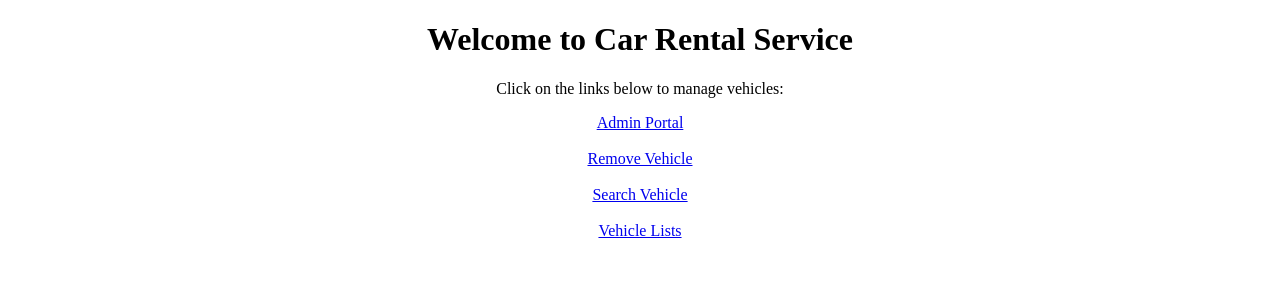
Repository: harsh23012/InfiniteProjects
Page: CarRent/carrent/src/main/webapp/Main.html
These files come from the project's save history. The page is drawn as it stood at one moment and after the next save; the edit follows.
The browser window is 1280 px wide. The pictures show the whole page.

Above is the page before, as saved 2025-05-03 07:01:43.

### CarRent/carrent/src/main/webapp/Main.html
<!DOCTYPE html>
<html>
<head>
<meta charset="UTF-8">
<title>Insert title here</title>
</head>
<body>
	 <center>
        <h1>Welcome to Car Rental Service</h1>

        <p>Click on the links below to manage vehicles:</p>

        <!-- Link to add vehicle page -->
        <a href="AdminPage.html">Admin Portal</a><br><br>

        <!-- Link to remove vehicle page -->
        <a href="RemoveVehicle.html">Remove Vehicle</a><br><br>

        <!-- Link to search vehicle page -->
        <a href="SearchVehicle.html">Search Vehicle</a><br><br>

        <!-- Link to list of available vehicle page -->
        <a href="AvailVehicle.html">Vehicle Lists</a>
    </center>

</body>
</html>

After the next save:
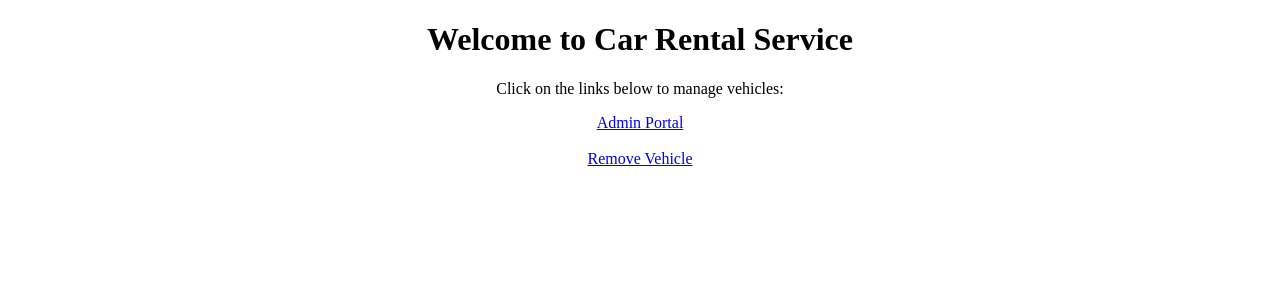
Saved 16 s later.
--- a/CarRent/carrent/src/main/webapp/Main.html
+++ b/CarRent/carrent/src/main/webapp/Main.html
@@ -16,11 +16,7 @@
         <!-- Link to remove vehicle page -->
         <a href="RemoveVehicle.html">Remove Vehicle</a><br><br>
 
-        <!-- Link to search vehicle page -->
-        <a href="SearchVehicle.html">Search Vehicle</a><br><br>
 
-        <!-- Link to list of available vehicle page -->
-        <a href="AvailVehicle.html">Vehicle Lists</a>
     </center>
 
 </body>
